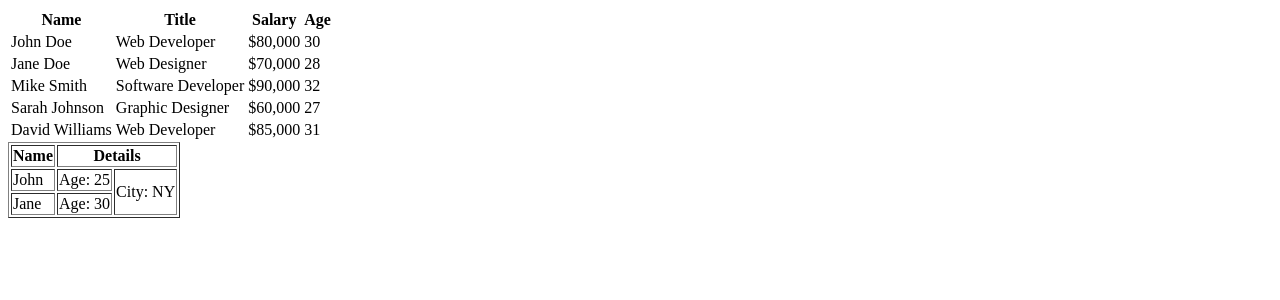
Repository: arunyerram/Web-TEChnologies
Page: Class2/code.html
An editor plug-in stored every save of this project. The page is shown before and after the next save, followed by the edit.
The browser window is 1280 px wide. The pictures show the whole page.

Above is the page before, as saved 2025-02-14 12:48:42.

After the next save:
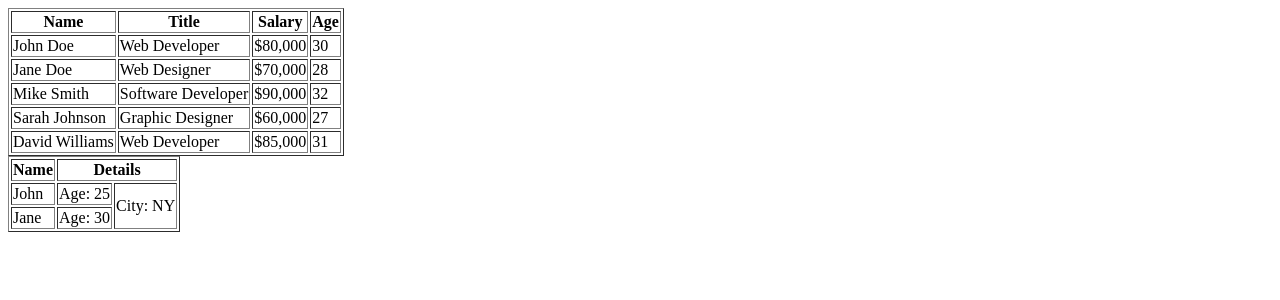
Saved 9 s later.
--- a/Class2/code.html
+++ b/Class2/code.html
@@ -6,7 +6,7 @@
     <title>Document</title>
 </head>
 <body>
-    <table>
+    <table border=""1>
         <thead>
             <tr ">
                 <th>Name</th>

After the 3 saves that followed:
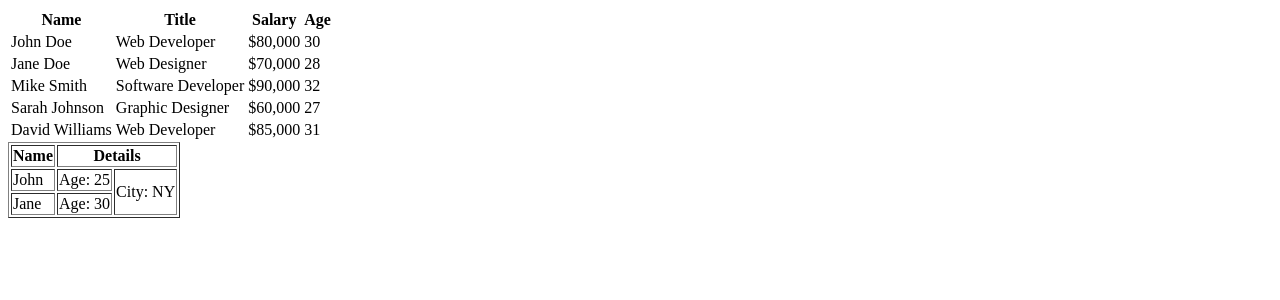
The 3 saves are shown as one change because they came seconds apart.
The last was saved 7 s later.
--- a/Class2/code.html
+++ b/Class2/code.html
@@ -6,7 +6,7 @@
     <title>Document</title>
 </head>
 <body>
-    <table border=""1>
+    <table "border=1">
         <thead>
             <tr ">
                 <th>Name</th>
